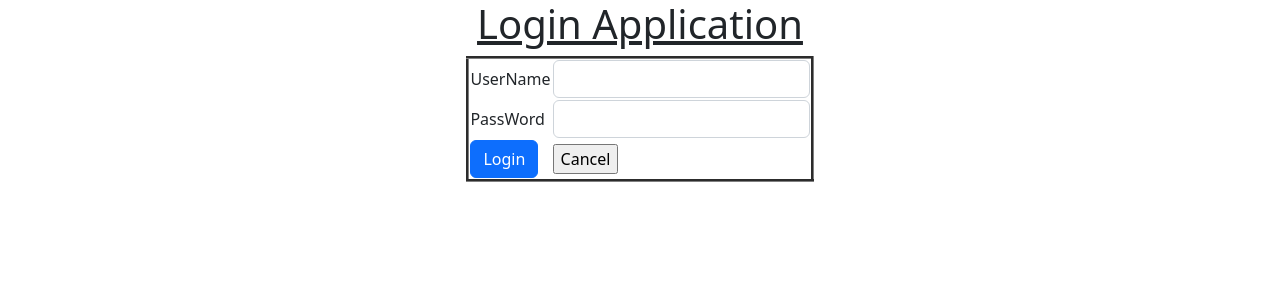
Repository: chandrabiji/OILC203_WEB
Page: RequestDispatcherDemo/src/main/webapp/login.html
An editor plug-in stored every save of this project. The page is shown before and after the next save, followed by the edit.
The browser window is 1280 px wide. The pictures show the whole page.

Above is the page before, as saved 2022-10-17 06:38:19.

### RequestDispatcherDemo/src/main/webapp/login.html
<!DOCTYPE html>
<html>
<head>
<meta charset="ISO-8859-1">
<!-- CSS only -->
<link href="https://cdn.jsdelivr.net/npm/bootstrap@5.2.2/dist/css/bootstrap.min.css" rel="stylesheet" integrity="sha384-Zenh87qX5JnK2Jl0vWa8Ck2rdkQ2Bzep5IDxbcnCeuOxjzrPF/et3URy9Bv1WTRi" crossorigin="anonymous">
<!-- JavaScript Bundle with Popper -->
<script src="https://cdn.jsdelivr.net/npm/bootstrap@5.2.2/dist/js/bootstrap.bundle.min.js" integrity="sha384-OERcA2EqjJCMA+/3y+gxIOqMEjwtxJY7qPCqsdltbNJuaOe923+mo//f6V8Qbsw3" crossorigin="anonymous"></script>
<title>LoginPage</title>
</head>
<body>
<center><h1><u>Login Application</u></h1></center>
<form action="./login" method="post">
  <table border="3" align="center">
     <tr>
       <td>UserName</td>
       <td><input type="text" name="uname"  class="form-control"/>
     </tr>
     <tr>
       <td>PassWord</td>
       <td><input type="password" name="pwd"  class="form-control"/>
     </tr>
     <tr>
      <td><input type="submit" value="Login"/ class="btn btn-primary"></td>
      <td><input type="reset" value="Cancel"/></td>
     </tr>
  </table>
</form>
</body>
</html>

After the next save:
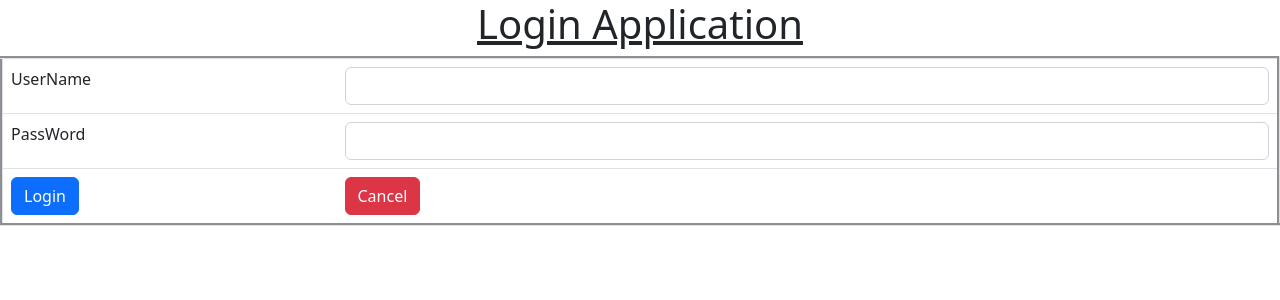
Saved 48 s later.
--- a/RequestDispatcherDemo/src/main/webapp/login.html
+++ b/RequestDispatcherDemo/src/main/webapp/login.html
@@ -11,7 +11,7 @@
 <body>
 <center><h1><u>Login Application</u></h1></center>
 <form action="./login" method="post">
-  <table border="3" align="center">
+  <table border="3" align="center" class="table">
      <tr>
        <td>UserName</td>
        <td><input type="text" name="uname"  class="form-control"/>
@@ -21,8 +21,8 @@
        <td><input type="password" name="pwd"  class="form-control"/>
      </tr>
      <tr>
-      <td><input type="submit" value="Login"/ class="btn btn-primary"></td>
-      <td><input type="reset" value="Cancel"/></td>
+      <td><input type="submit" value="Login" class="btn btn-primary"/></td>
+      <td><input type="reset" value="Cancel" class="btn btn-danger"/></td>
      </tr>
   </table>
 </form>
